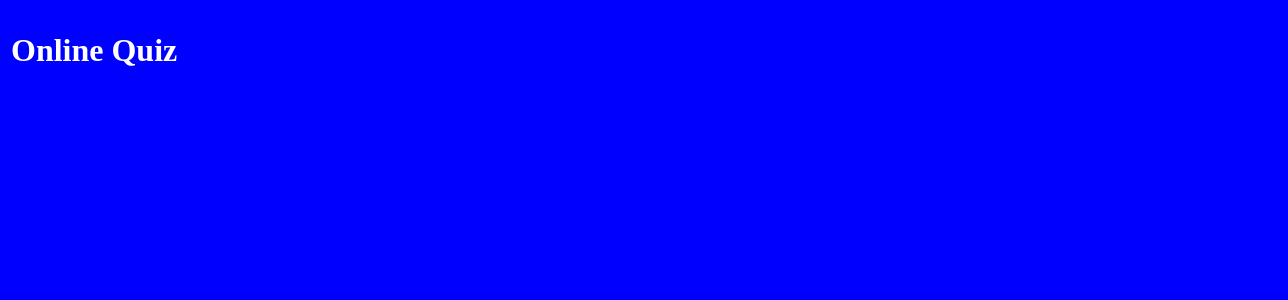
Repository: KaushikVeluruWorld/KaushikJava
Page: Online Quiz Tool/OnlineQuiz/WebContent/header.html
An editor plug-in stored every save of this project. The page is shown before and after the next save, followed by the edit.
The browser window is 1280 px wide. The page is 1288 px wide, so the pictures cover 1288 px, including what lies to the right of the window. The pictures show the whole page.

Above is the page before, as saved 2014-12-22 10:09:11.

After the next save:
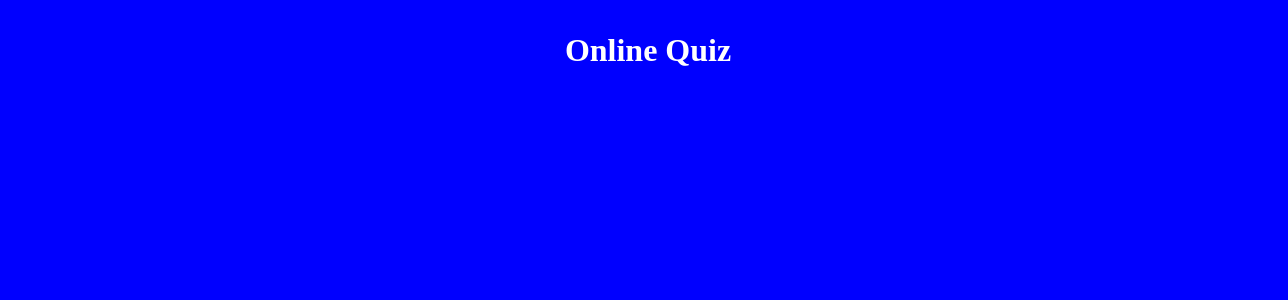
Saved 37 s later.
--- a/Online Quiz Tool/OnlineQuiz/WebContent/header.html
+++ b/Online Quiz Tool/OnlineQuiz/WebContent/header.html
@@ -7,7 +7,7 @@
 <body bgcolor="blue" style="height: 25%; width: 100%;">
 
 
-<table>
+<table style="height: 50px; width: 100%">
 <tr>
 <td align="center" colspan="2"> <h1 style="text-align: center; color: white;"><b>Online Quiz</b></h1></td>
 </tr>
